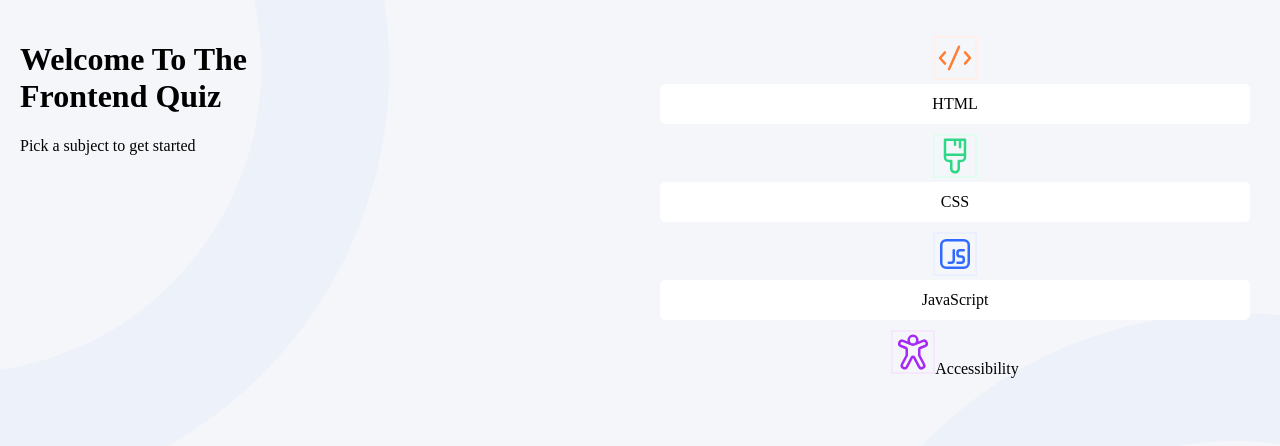
Repository: Daniel054311/Quiz-app-V1
Page: index.html
These files come from the project's save history. The page is drawn as it stood at one moment and after the next save; the edit follows.
The browser window is 1280 px wide. The pictures show the whole page.

Above is the page before, as saved 2024-01-28 14:34:15.

After the next save:
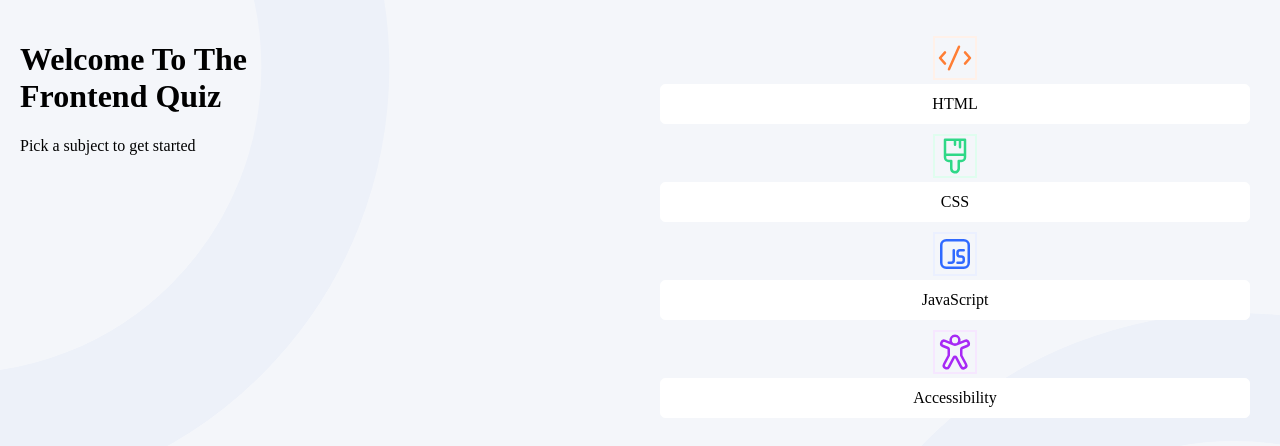
Saved 53 s later.
--- a/index.html
+++ b/index.html
@@ -29,7 +29,7 @@
                     <a href="#javascript">JavaScript</a>
                 </li>
                   <li>
-                    <img src="./asset/images/icon-accessibility.svg" alt="" style= "border: 2px solid #F6E7FF"
+                    <img src="./asset/images/icon-accessibility.svg" alt="" style= "border: 2px solid #F6E7FF">
                     <a href="#accessibility">Accessibility</a>
                 </li>
                 </ul>
